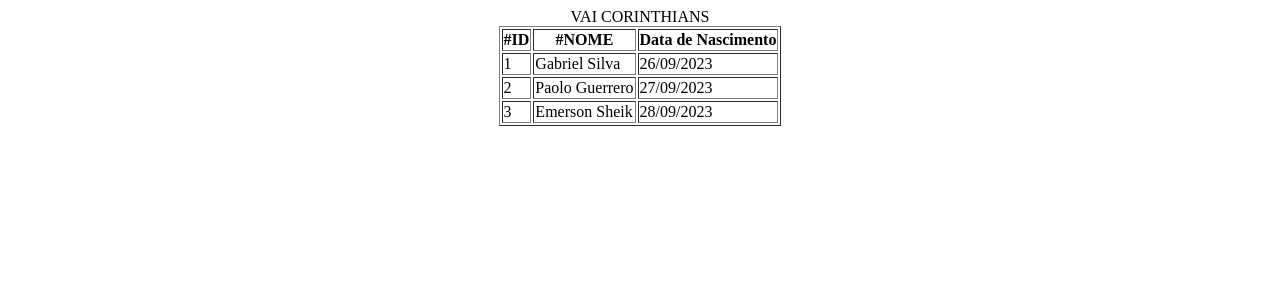
Repository: gabrielsilva9810/FATEC_LABEngSoftware
Page: ExemploHTML/src/main/webapp/index.html
These files come from the project's save history. The page is drawn as it stood at one moment and after the next save; the edit follows.
The browser window is 1280 px wide. The pictures show the whole page.

Above is the page before, as saved 2023-08-26 13:01:08.

After the next save:
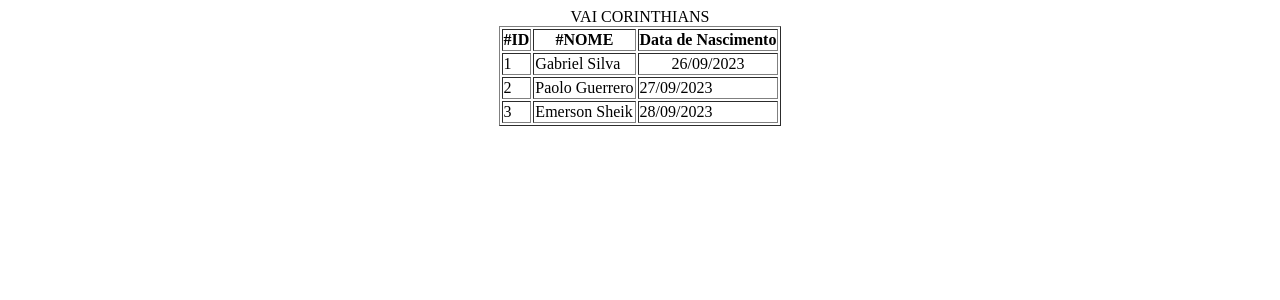
Saved 6 min 51 s later.
--- a/ExemploHTML/src/main/webapp/index.html
+++ b/ExemploHTML/src/main/webapp/index.html
@@ -21,7 +21,7 @@
 				<tr>
 					<td>1</td>
 					<td>Gabriel Silva</td>
-					<td>26/09/2023</td>
+					<td align ="center">26/09/2023</td>
 				</tr>
 
 				<tr>
